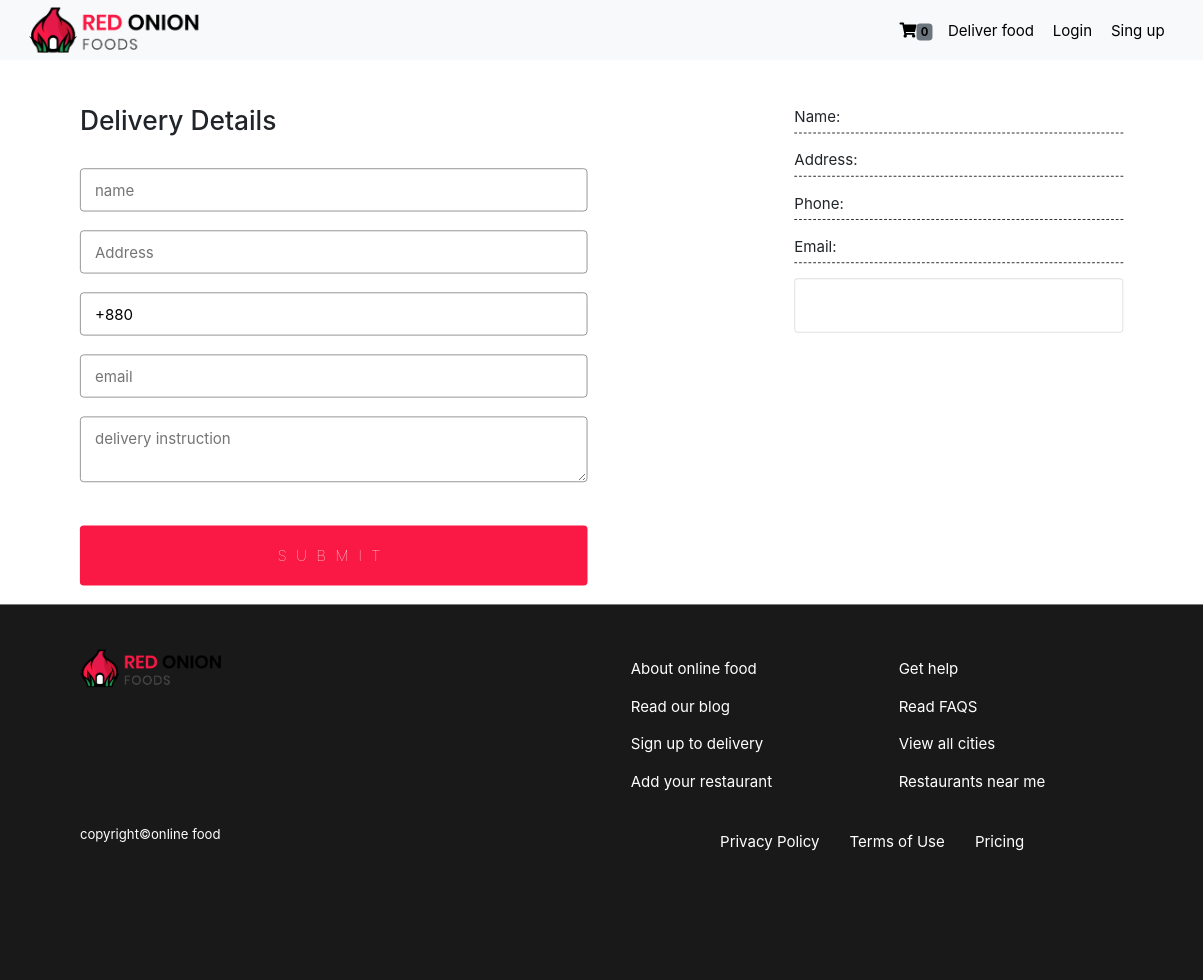
Repository: arif286/red-onion-client
Page: /cart
An editor plug-in stored every save of this project. The page is shown before and after the next save, followed by the edit.
The browser window is 1280 px wide. The pictures show the whole page, at 94% of full size.
The project was rebuilt for these pictures with package versions that can differ from the ones it lists, and the page was loaded fresh each time. Some packages were replaced by stand-ins written for this rebuild. Also part of the build but not shown: src/App.css, src/components/SearchBar/SearchBar.css, src/components/SearchBar/SearchBar.js, src/components/FoodDetails/FoodDetail.css, src/components/FoodDetails/FoodDetail.js, src/components/DeliveryFood/DeliveryFood.js, src/components/Food/Food.css, src/components/Food/FoodItem.js and 9 more.

Above is the page before, as saved 2021-03-30 17:27:53.

### src/App.js
import "bootstrap/dist/css/bootstrap.min.css";
import React, { createContext, useState } from "react";
import { BrowserRouter as Router, Route, Switch } from "react-router-dom";
import './App.css';
import Cart from "./components/Cart/Cart";
import FoodDetail from "./components/FoodDetails/FoodDetail";
import Footer from "./components/Footer/Footer";
import Header from "./components/Header/Header";
import Home from './components/Home/Home';
import Login from "./components/LogIn/Login";
import SingUp from "./components/SingUp/SingUp";


export const UserContext = createContext();
function App() {
  const [loggedInUser, setLoggedInUser] = useState({});
  return (
    <UserContext.Provider value={[loggedInUser, setLoggedInUser]}>
      <Router>
        <Header />
        <Switch>
          <Route path="/home">
            <Home />
          </Route>
          <Route path="/signUp">
            <SingUp />
          </Route>
          <Route path="/login">
            <Login />
          </Route>
          <Route path="/food/details/:foodId">
            <FoodDetail />
          </Route>
          <Route path='/cart'>
            <Cart/>
          </Route>
          <Route exact path="/">
            <Home/>
          </Route>
        </Switch>
        <Footer />
      </Router>
    </UserContext.Provider>
  );

}

export default App;

### src/components/Cart/Cart.js
import React, { useContext, useState } from 'react';
import { useForm } from 'react-hook-form';
import { UserContext } from '../../App';
import './Cart.css';
const Cart = () => {
    const [loggedInUser, setLoggedInUser] = useContext(UserContext);
    const { count, foodItem } = loggedInUser;

  const defaultValues = {
    TextField: "",
  };
  const { register, handleSubmit, errors, control } = useForm({ defaultValues });

    const [deliverInfo, setDeliverInfo] = useState({});
  const onSubmit = (data) => {
      console.log(data)
        setDeliverInfo(data);
  }
  const {name, address, phone, email} = deliverInfo
    return (
      <div className="container">
        <div className="row mt-5 justify-content-between">
          <div className="col-md-6 col-sm-12">
            <h3>Delivery Details</h3>
            <form className="delivery-form" onSubmit={handleSubmit(onSubmit)}>
              <input
                type="text"
                name="name"
                placeholder="name"
                ref={register({
                  validate: (value) => value.length !== "",
                  required: true,
                })}
              />
              {errors.name && <p>please write your name</p>}

              <input
                type="text"
                name="address"
                placeholder="Address"
                ref={register({
                  validate: (value) => value.length !== "",
                  required: true,
                })}
              />
              {errors.address && <p>please write correct address</p>}
              <input
                type="phone"
                name="phone"
                placeholder="phone"
                defaultValue="+880"
                ref={register({
                  validate: (value) => value.length !== 14,
                  required: true,
                })}
              />
              {errors.phone && <p>please type a correct number</p>}
              <input
                name="email"
                type="email"
                placeholder="email"
                ref={register({
                  pattern: /^(([^<>()[\]\\.,;:\s@"]+(\.[^<>()[\]\\.,;:\s@"]+)*)|(".+"))@((\[[0-9]{1,3}\.[0-9]{1,3}\.[0-9]{1,3}\.[0-9]{1,3}\])|(([a-zA-Z\-0-9]+\.)+[a-zA-Z]{2,}))$/,
                  required: true,
                })}
              />
              {errors.email && <p>Invalid Email</p>}
              <textarea
                type="text"
                name="textarea"
                placeholder="delivery instruction"
                required={true}
                control={control}
              />
              <input type="submit" value="submit" />
            </form>
          </div>
          <div className="col-md-4 col-sm-12 ">
            <div className="delivery-info">
              <p>Name: {name}</p>
              <p>Address: {address}</p>
              <p>Phone: {phone}</p>
              <p>Email: {email}</p>
            </div>
            <div className="card">
              <div>
                <img alt="" />
              </div>
              <div>
                <h6></h6>
                <p></p>
                <p></p>
              </div>
              <div className="">
                <p></p>
              </div>
            </div>
          </div>
        </div>
      </div>
    );
};

export default Cart;

### src/components/Footer/Footer.js
import React from 'react';
import { NavLink } from 'react-bootstrap';
import Logo from '../../onion-restaurent/logo2.png';
import './Footer.css';

const Footer = () => {
    return (
      <footer>
        <div className="container">
          <div className="row pt-5">
            <div className="col-md-6 col-sm-12 pb-4">
              <img className="footer-img" src={Logo} alt="" />
            </div>
            <div className="col-md-3 col-sm-12 pb-4">
              <ul className="nav flex-column">
                <li className="nav-item">
                  <NavLink
                    className="nav-link active footer-link"
                    aria-current="page"
                    to="/"
                  >
                    About online food
                  </NavLink>
                </li>
                <li className="nav-item">
                  <NavLink className="nav-link footer-link" to="/">
                    Read our blog
                  </NavLink>
                </li>
                <li className="nav-item">
                  <NavLink className="nav-link footer-link" to="/">
                    Sign up to delivery
                  </NavLink>
                </li>
                <li className="nav-item">
                  <NavLink className="nav-link footer-link" to="/">
                    Add your restaurant
                  </NavLink>
                </li>
              </ul>
            </div>
            <div className="col-md-3 col-sm-12 pb-4">
              <ul className="nav flex-column">
                <li className="nav-item">
                  <NavLink
                    className="nav-link footer-link"
                    aria-current="page"
                    to="/"
                  >
                    Get help
                  </NavLink>
                </li>
                <li className="nav-item">
                  <NavLink className="nav-link footer-link" to="/">
                    Read FAQS
                  </NavLink>
                </li>
                <li className="nav-item">
                  <NavLink className="nav-link footer-link" to="/">
                    View all cities
                  </NavLink>
                </li>
                <li className="nav-item">
                  <NavLink className="nav-link footer-link" to="/">
                    Restaurants near me
                  </NavLink>
                </li>
              </ul>
            </div>
          </div>

          <div className="row">
            <div className="col-md-7">
              <p className='copy-right'>
                <small>
                  copyright<span>&#169;</span>online food
                </small>
              </p>
            </div>
            <div className="col-md-5">
              <div className='d-flex'>
                <NavLink className="footer-link">Privacy Policy</NavLink>
                <NavLink className="footer-link">Terms of Use</NavLink>
                <NavLink className="footer-link">Pricing</NavLink>
              </div>
            </div>
          </div>
        </div>
      </footer>
    );
};

export default Footer;

### src/components/Header/Header.js
import { faShoppingCart } from "@fortawesome/free-solid-svg-icons";
import { FontAwesomeIcon } from "@fortawesome/react-fontawesome";
import React from 'react';
import { NavLink } from "react-router-dom";
import logo from '../../onion-restaurent/logo2.png';
import './Header.css';
const cart = <FontAwesomeIcon icon={faShoppingCart} />;
const Header = () => {
    const header = {
        logo : {width: '180px'}
    }
    return (
      <div>
        <nav className="navbar navbar-expand-lg navbar-light bg-light">
          <div className="container-fluid">
            <div>
              <img style={header.logo} src={logo} alt="" />
            </div>
            <button
              className="navbar-toggler"
              type="button"
              data-bs-toggle="collapse"
              data-bs-target="#navbarNav"
              aria-controls="navbarNav"
              aria-expanded="false"
              aria-label="Toggle navigation"
            >
              <span className="navbar-toggler-icon"></span>
            </button>
            <div
              className="collapse  navbar-collapse justify-content-end"
              id="navbarNav"
            >
              <ul className="navbar-nav align-items-center">
                <li className="nav-item">
                  <button className=" cart-btn" to="/">
                    {cart}
                    <small className="badge bg-secondary">0</small>
                  </button>
                </li>
                <li className="nav-item">
                  <NavLink className="header-link" to="/cart">
                    Deliver food
                  </NavLink>
                </li>
                <li className="nav-item">
                  <NavLink className="header-link" to="/login">
                    Login
                  </NavLink>
                </li>
                <li className="nav-item">
                  <NavLink className="header-link" to="/signUp">
                    Sing up
                  </NavLink>
                </li>
              </ul>
            </div>
          </div>
        </nav>
      </div>
    );
};

export default Header;

### src/components/Cart/Cart.css
.delivery-form input {
  width: 100%;
  padding: 10px 15px;
  box-sizing: border-box;
  margin-bottom: 20px;
  border: 1px solid #909090;
  outline: none;
  border-radius: 4px;
}
.delivery-form input:first-child {
  margin-top: 25px;
}
.delivery-form input:nth-child(5) {
  line-height: 3.5;
}
.delivery-form p {
  color: #bf1650;
  margin-bottom: 20px;
}

.delivery-form p::before {
  display: inline;
  content: "⚠ ";
}

button[type="submit"],
.delivery-form input[type="submit"] {
  background: #f91944;
  color: white;
  text-transform: uppercase;
  border: none;
  margin-top: 20px;
  padding: 20px;
  font-size: 16px;
  font-weight: 100;
  letter-spacing: 10px;
}

button[type="submit"]:hover,
.delivery-form input[type="submit"]:hover {
  background: #d83153;
}
.delivery-form textarea {
  width: 100%;
  padding: 10px 15px;
  box-sizing: border-box;
  margin-bottom: 20px;
  border: 1px solid #909090;
  outline: none;
  border-radius: 4px;
}
.delivery-info p {
  border-bottom: 1px dashed;
  padding-bottom: 5px;
}

### src/components/Footer/Footer.css
.footer-img {
  width: 150px;
}
footer {
  background-color: #191919;
  height: 400px;
}
.footer-link {
  color: white;
}
.footer-link:hover {
  color: #878787;
}
.copy-right {
  color: white;
}

### src/components/Header/Header.css
.header-link {
  color: black;
  display: inline-block;
  padding: 10px;
}
.header-link:hover {
  text-decoration: none;
  color: #777777;
}
.cart-btn {
  border: none;
  background: none;
}

Loaded but not shown: public/index.html (common file); src/index.js (common file); src/index.css (common file); src/reportWebVitals.js (common file)

After the next save:
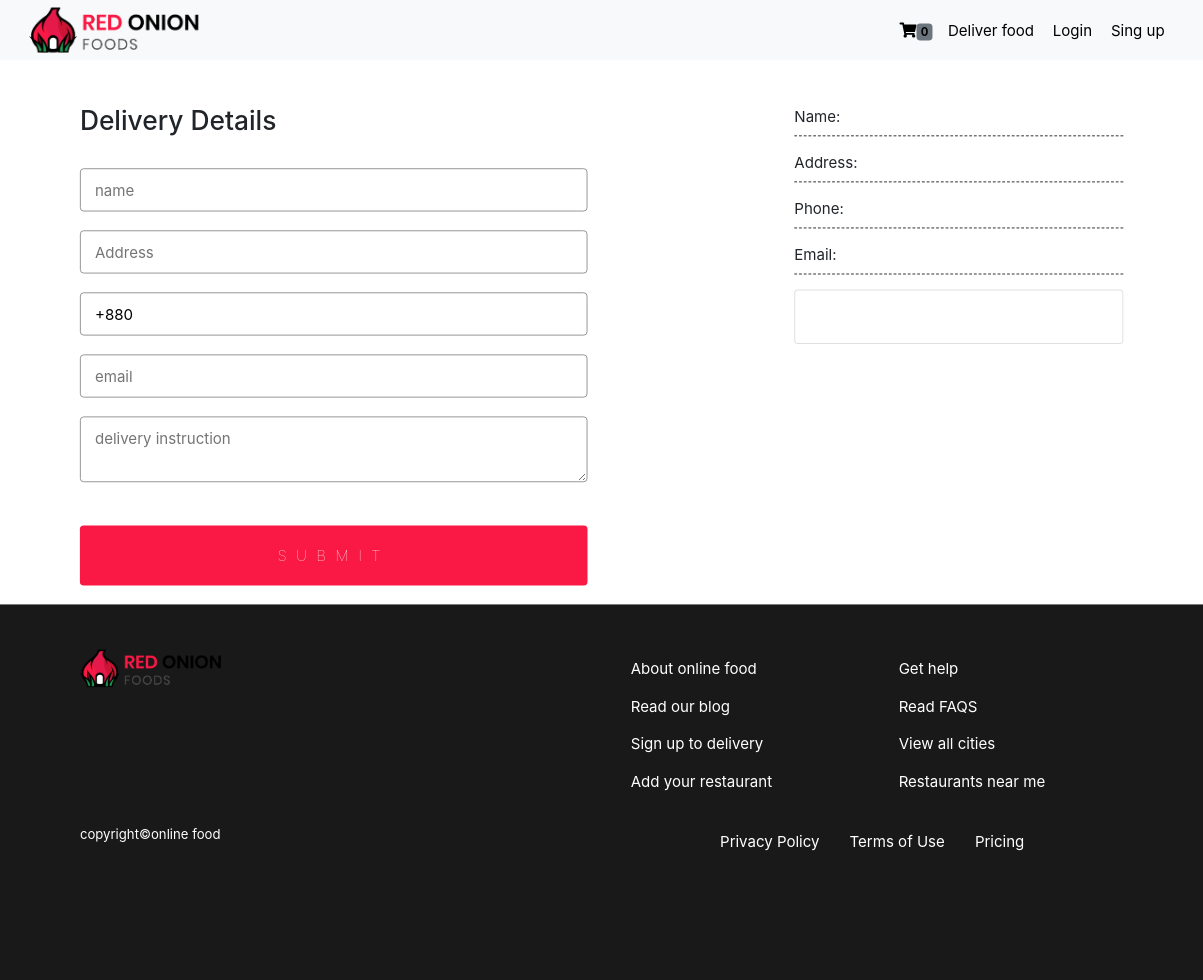
Saved 6 s later.
--- a/src/components/Cart/Cart.css
+++ b/src/components/Cart/Cart.css
@@ -51,5 +51,5 @@ button[type="submit"]:hover,
 }
 .delivery-info p {
   border-bottom: 1px dashed;
-  padding-bottom: 5px;
+  padding-bottom: 8px;
 }
